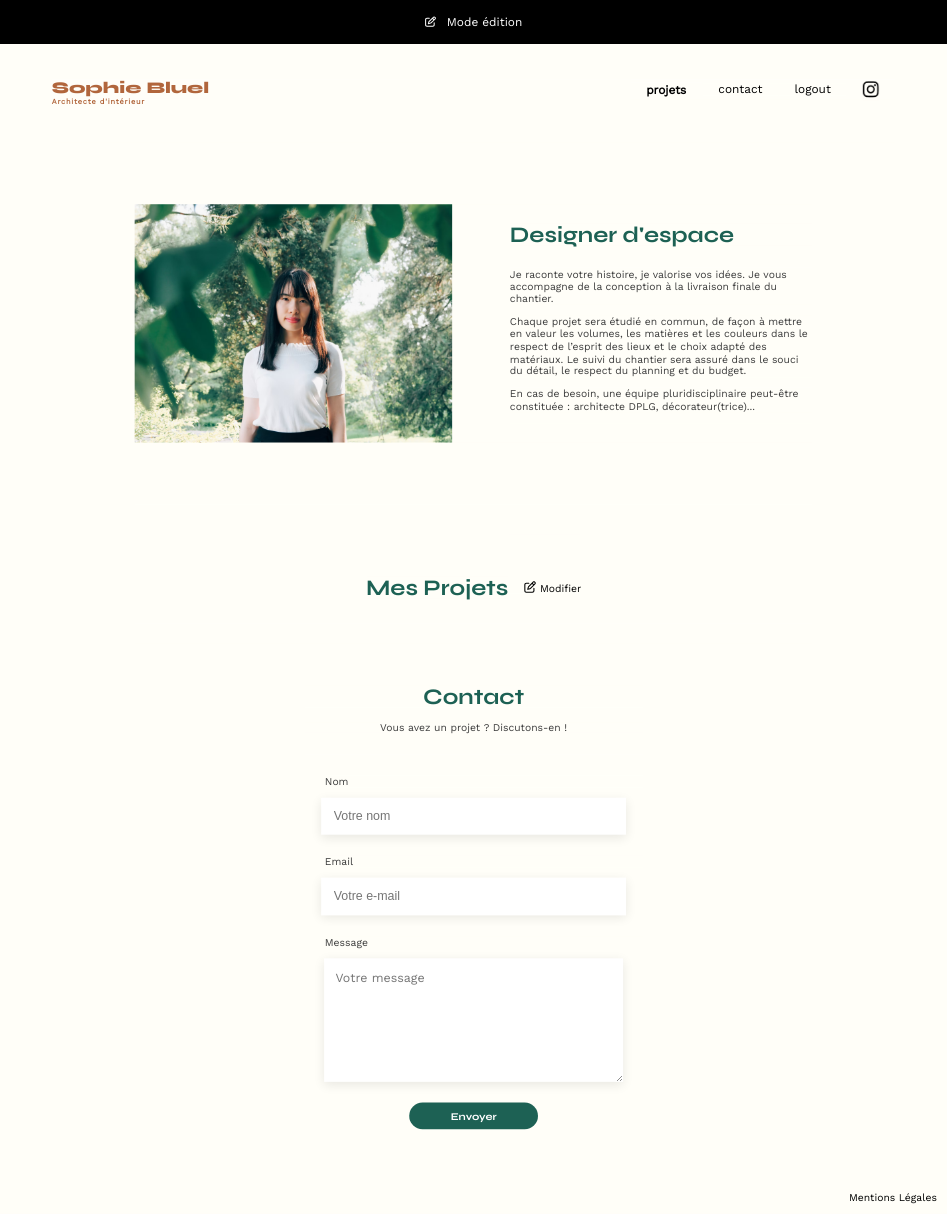
Repository: BlueSoley23/openclassrooms
Page: FrontEnd/index.html
The author's editor kept a copy of each file at every save. The page is drawn from the files as they stood at one save, then again after the next save.
The browser window is 1280 px wide. The pictures show the whole page, at 74% of full size.
The page's requests for data from a server got no answer.

Above is the page before, as saved 2023-12-21 07:05:33.
Console error: TypeError: categories is not iterable

After the next save:
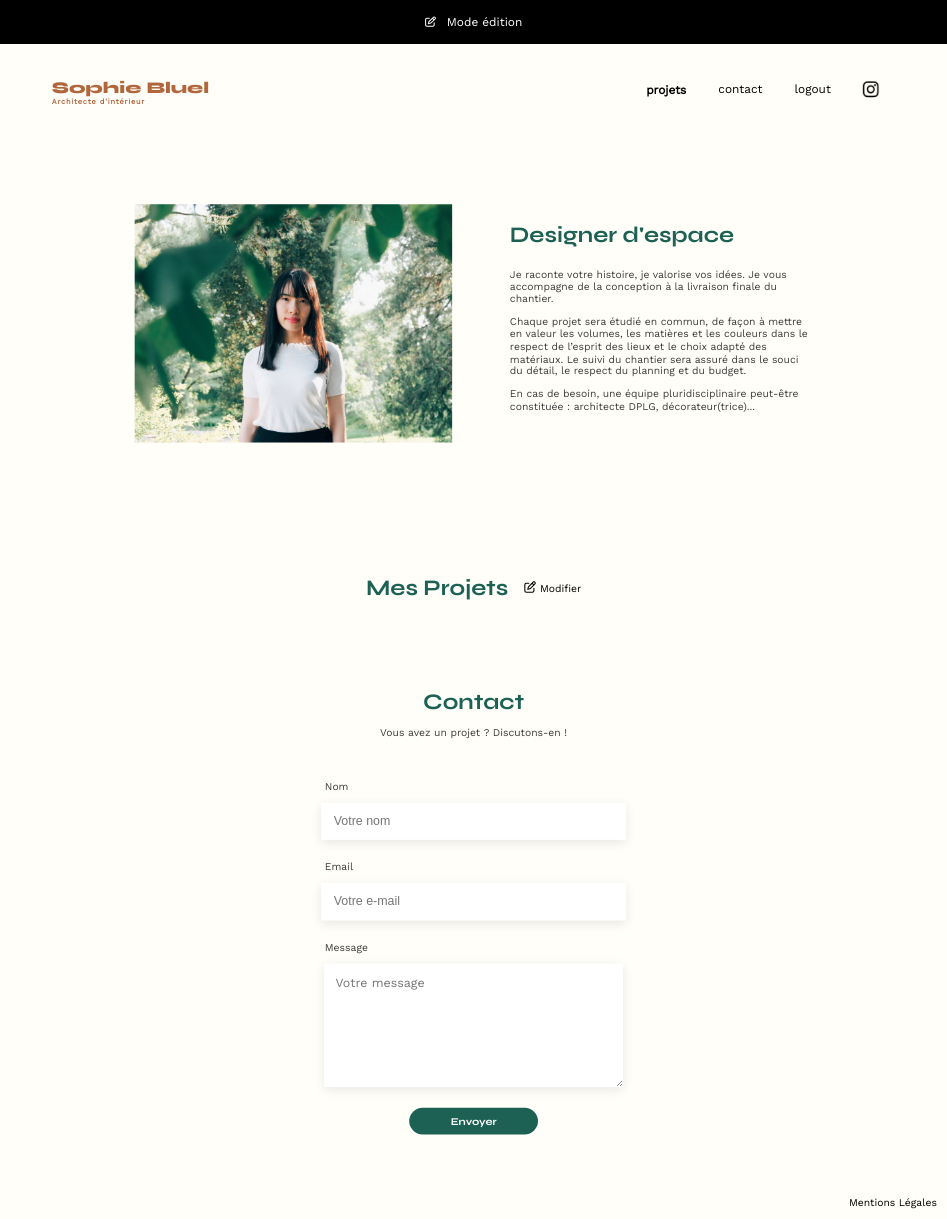
Saved 9 s later.
--- a/FrontEnd/assets/css/style.css
+++ b/FrontEnd/assets/css/style.css
@@ -591,7 +591,7 @@
 		justify-content: center;
 		justify-content: center;
 		align-items: center;
-		margin-bottom: 2em;
+		margin-bottom: 2.5em;
 	  }
 
 	  .modifier-link__content {
